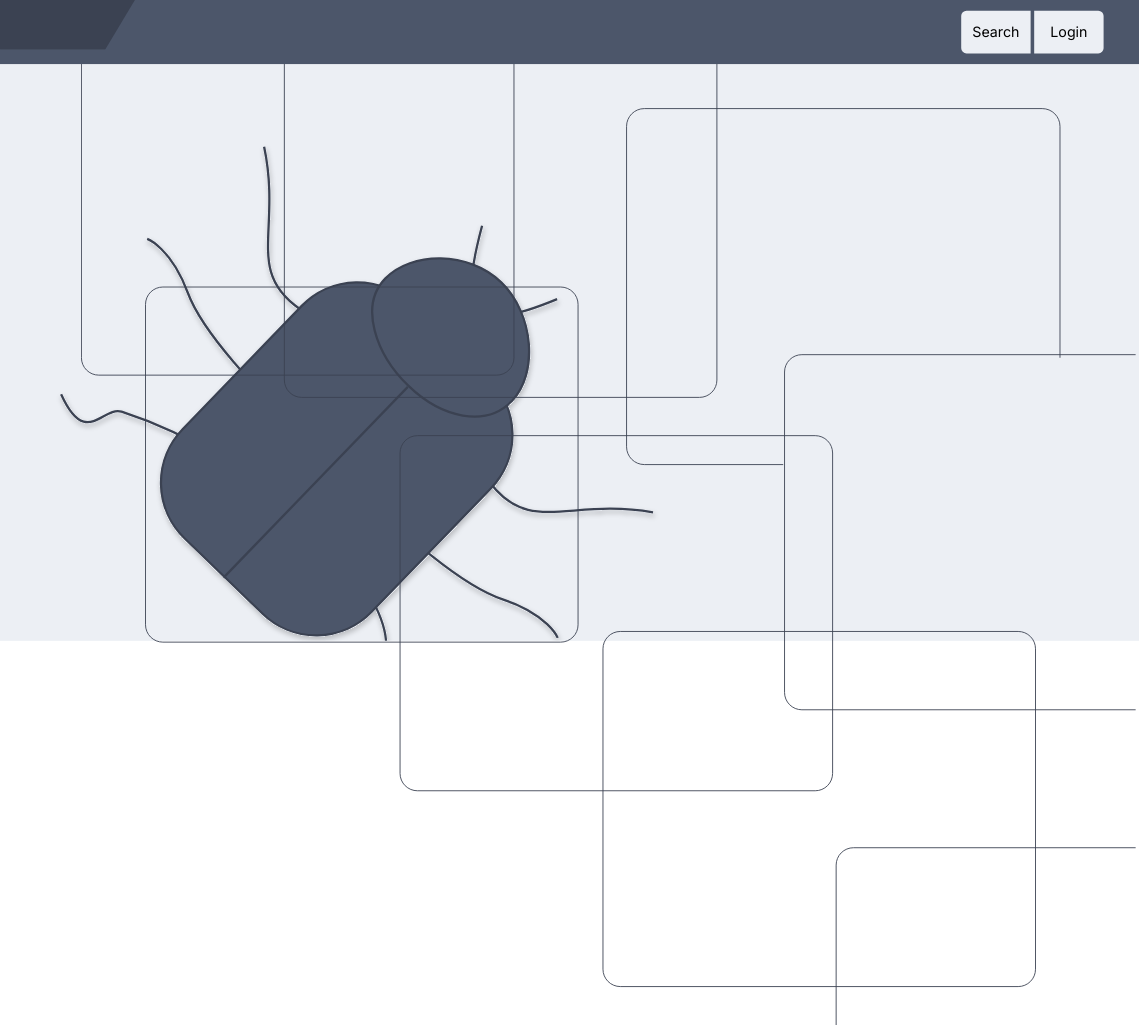
Repository: Qu4ntumGuy/project-bug
Page: /
These files come from the project's save history. The page is drawn as it stood at one moment and after the next save; the edit follows.
The browser window is 1280 px wide. The pictures show the whole page, at 89% of full size.
The project was rebuilt for these pictures with package versions that can differ from the ones it lists, and the page was loaded fresh each time. The framework's server and built-in components were replaced by stand-ins that run in the browser. Also part of the build but not shown: next.config.mjs.

Above is the page before, as saved 2024-02-11 23:18:12.

After the next save:
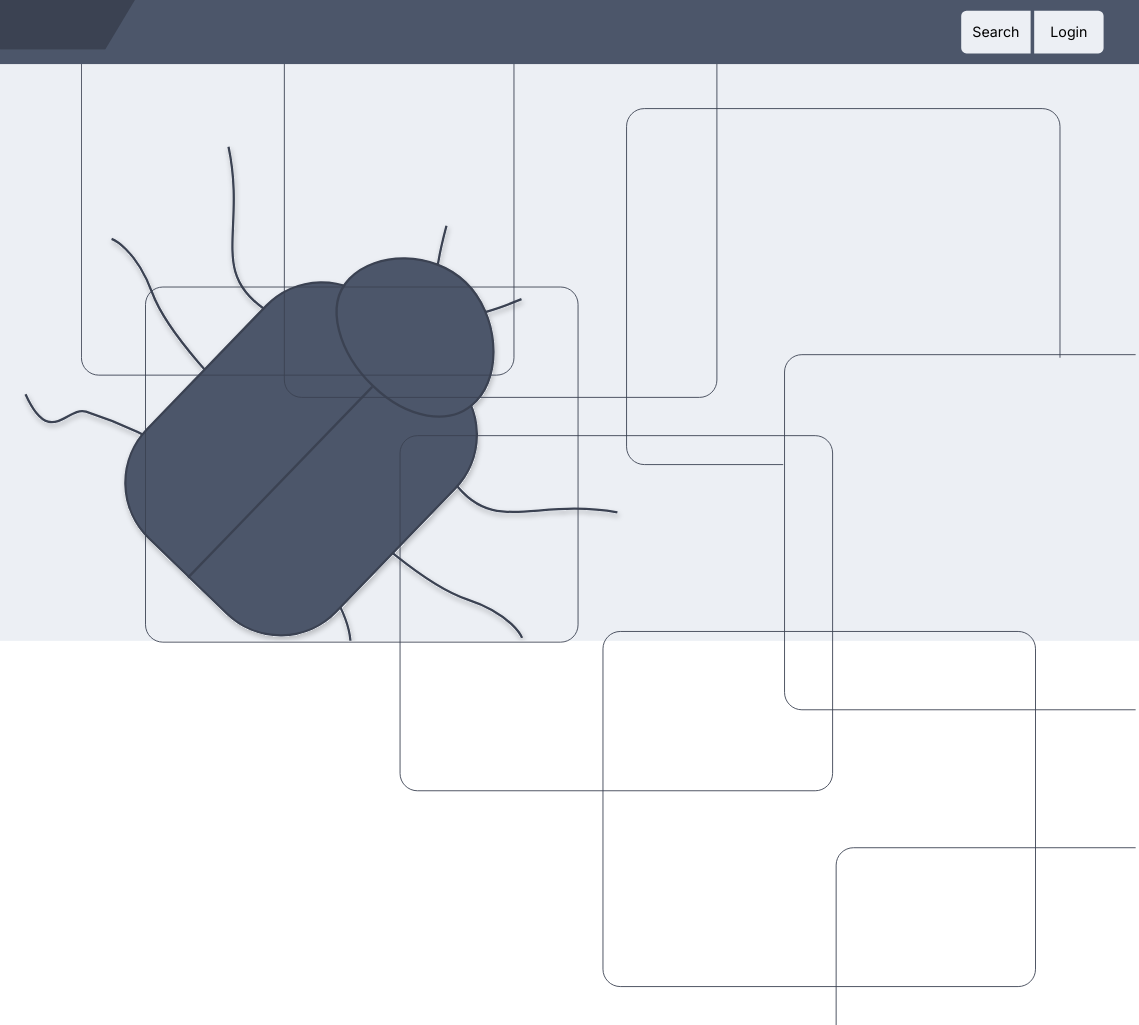
Saved 17 s later.
--- a/src/app/page.js
+++ b/src/app/page.js
@@ -10,7 +10,7 @@
     <div className="h-screen bg-[#ECEFF4] ">
       <Navbar />
       <div className="flex justify-between h-[90%]">
-        <Image className=" -left-10" src={bug} alt="bug" />
+        <Image className=" -ml-10" src={bug} alt="bug" />
         <Image className="absolute right-1" src={bgdesign} alt="bgdesign" />
         {/* <div className="">
           <Image src={bug} alt="bug" />

After the save that followed:
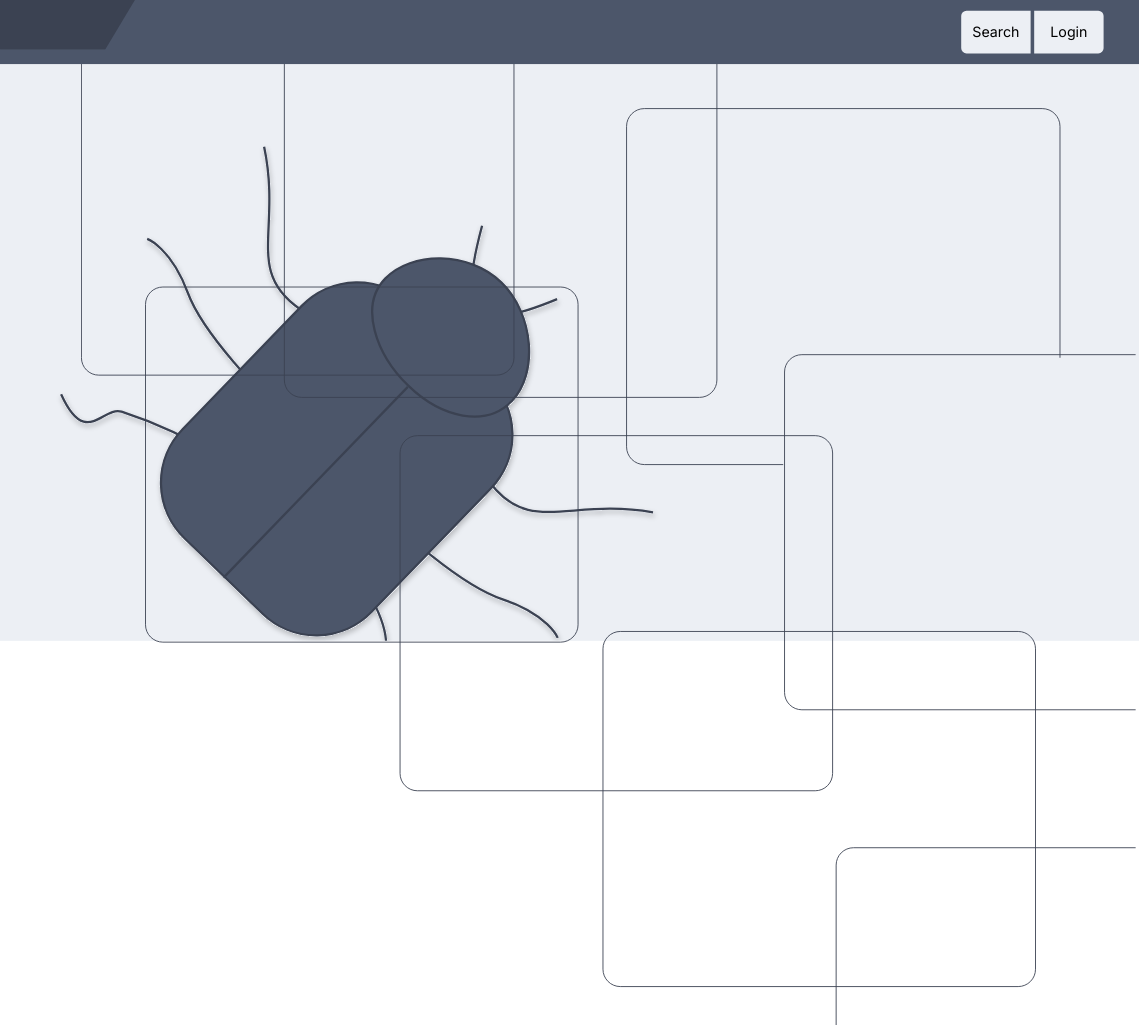
Saved 13 s later.
--- a/src/app/page.js
+++ b/src/app/page.js
@@ -10,7 +10,7 @@
     <div className="h-screen bg-[#ECEFF4] ">
       <Navbar />
       <div className="flex justify-between h-[90%]">
-        <Image className=" -ml-10" src={bug} alt="bug" />
+        <Image className=" " src={bug} alt="bug" />
         <Image className="absolute right-1" src={bgdesign} alt="bgdesign" />
         {/* <div className="">
           <Image src={bug} alt="bug" />
